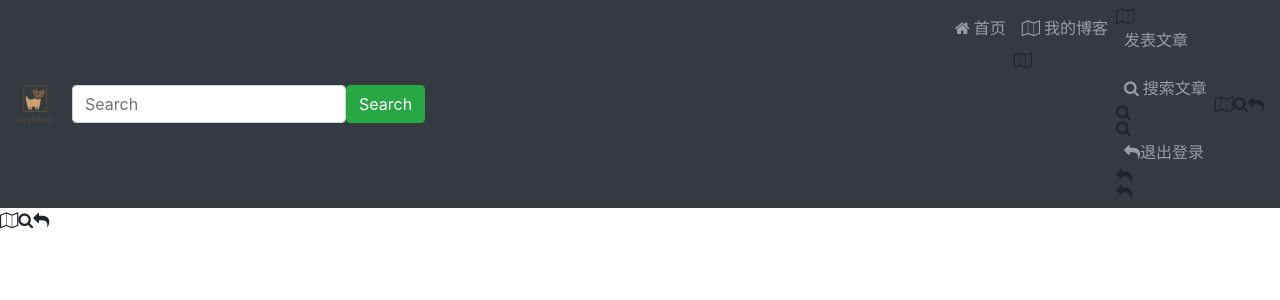
Repository: DHUAVH/Blog
Page: navigation.html
An editor plug-in stored every save of this project. The page is shown before and after the next save, followed by the edit.
The browser window is 1280 px wide. The pictures show the whole page.
Some web libraries are served in a nearby version.

Above is the page before, as saved 2020-11-06 22:45:19.

After the next save:
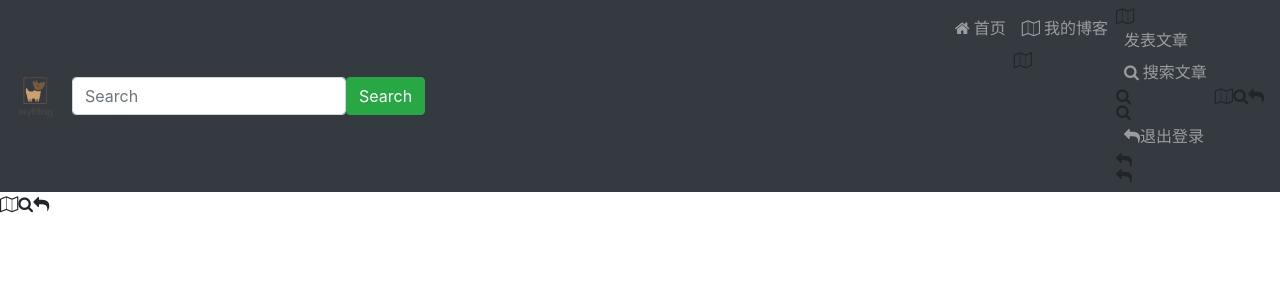
Saved 14 s later.
--- a/navigation.html
+++ b/navigation.html
@@ -39,7 +39,7 @@
 
          <li class="nav-item">
             <a class="nav-link" href="add.php">
-               <i class="fa fa-pencial"> 发表文章</a>
+               发表文章</a>
          </li>
 
          <li class="nav-item">
